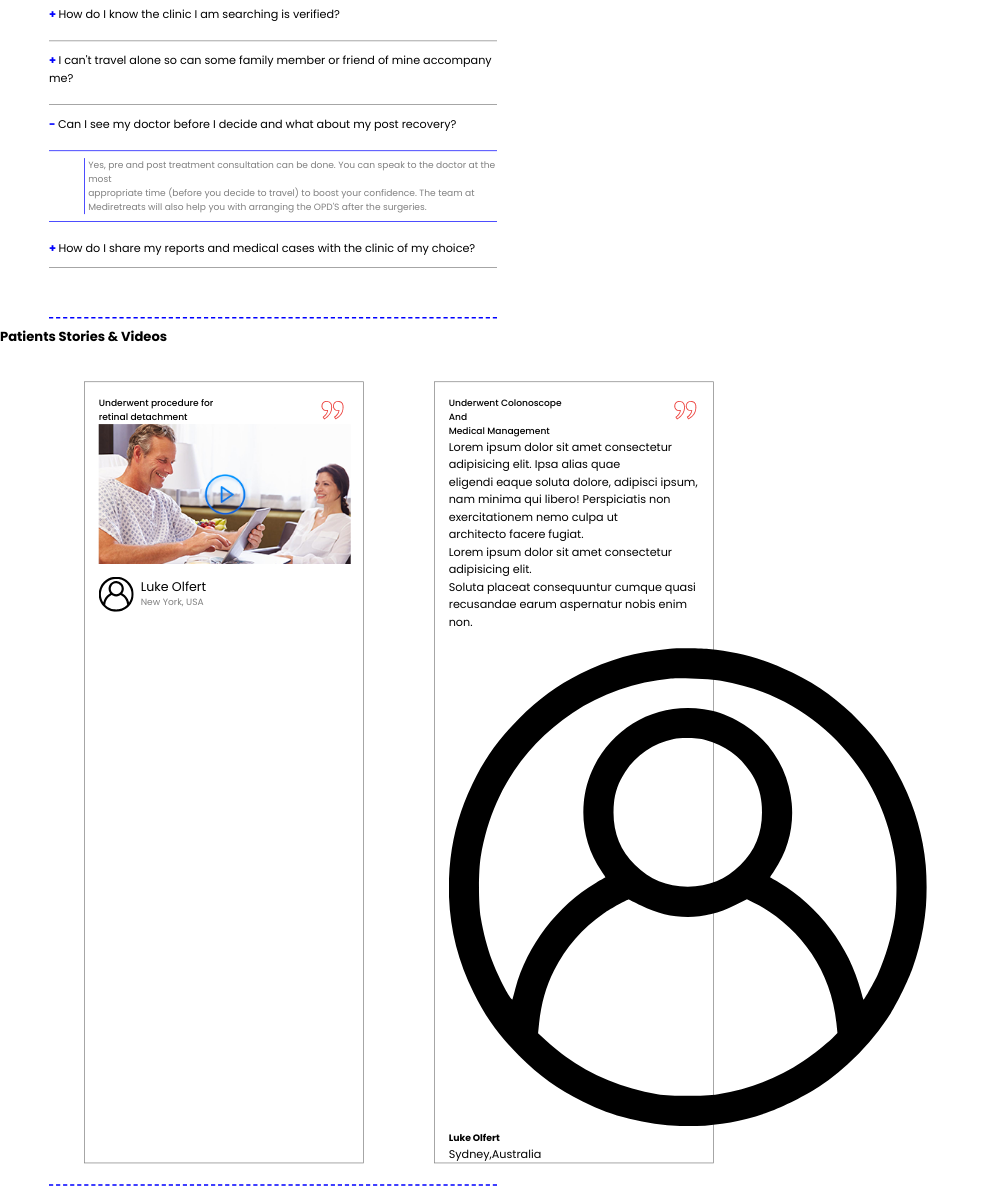
Repository: hetuk2005/webDevelopment
Page: Projects/Aafiya.html
An editor plug-in stored every save of this project. The page is shown before and after the next save, followed by the edit.
The browser window is 1280 px wide. The page is 1438 px wide, so the pictures cover 1438 px, including what lies to the right of the window. The pictures show the part of the page from y = 4297 to 6017 px (the page is 6001 px tall before and 6017 px after), at 70% of full size.
Some web fonts or font styles are not loaded; a fallback is used.

Above is the page before, as saved 2025-04-08 20:06:25.

After the next save:
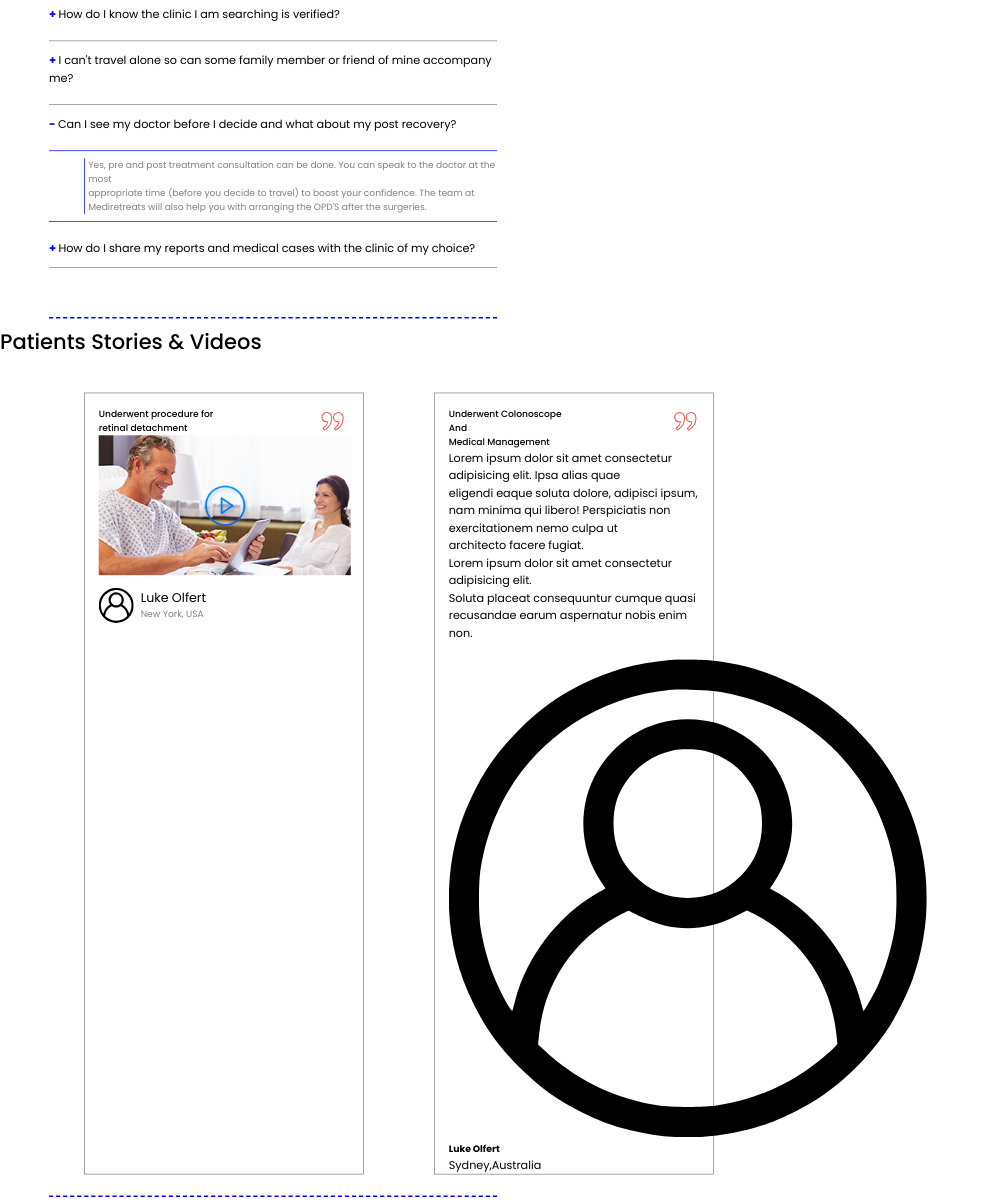
Saved 15 s later.
--- a/Projects/CSS/Aafiya.css
+++ b/Projects/CSS/Aafiya.css
@@ -506,7 +506,7 @@ nav {
     display: flex;
 }
 
-.patient_stories>h3 {
+h3 {
     font-size: 30px;
     font-weight: 500;
 }
